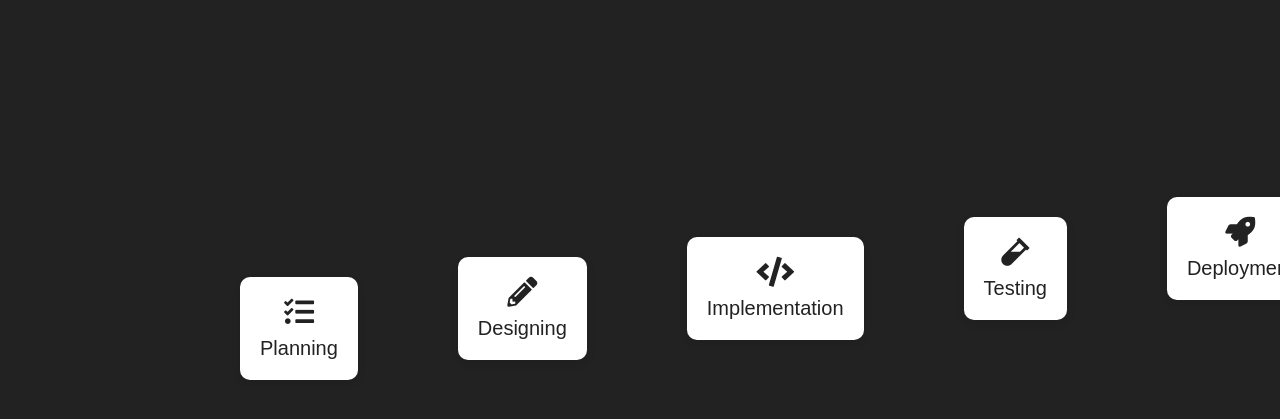
Repository: itsquadian/IT-SQUADIAN
Page: try.html
The author's editor kept a copy of each file at every save. The page is drawn from the files as they stood at one save, then again after the next save.
The browser window is 1280 px wide. The pictures show the whole page.

Above is the page before, as saved 2024-04-13 20:20:16.

After the next save:
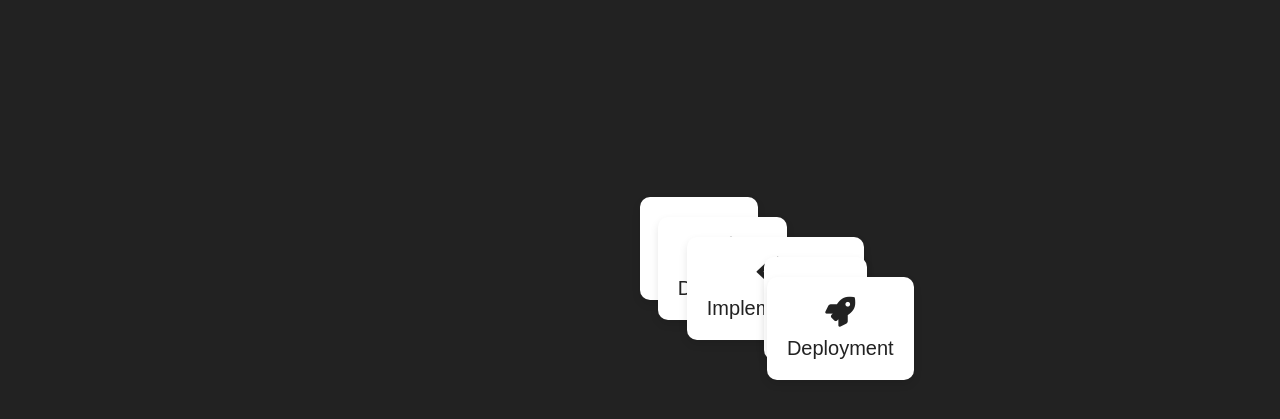
Saved 52 s later.
--- a/try.html
+++ b/try.html
@@ -61,11 +61,11 @@
         margin-bottom: 10px;
     }
 
-    .step:nth-child(1) { left: 0; bottom: 0; }
-    .step:nth-child(2) { left: 100px; bottom: 20px; }
+    .step:nth-child(1) { left: 400px; bottom: 80px; }
+    .step:nth-child(2) { left: 300px; bottom: 60px; }
     .step:nth-child(3) { left: 200px; bottom: 40px; }
-    .step:nth-child(4) { left: 300px; bottom: 60px; }
-    .step:nth-child(5) { left: 400px; bottom: 80px; }
+    .step:nth-child(4) { left: 100px; bottom: 20px; }
+    .step:nth-child(5) { left: 0; bottom: 0; }
 </style>
 </head>
 <body>
